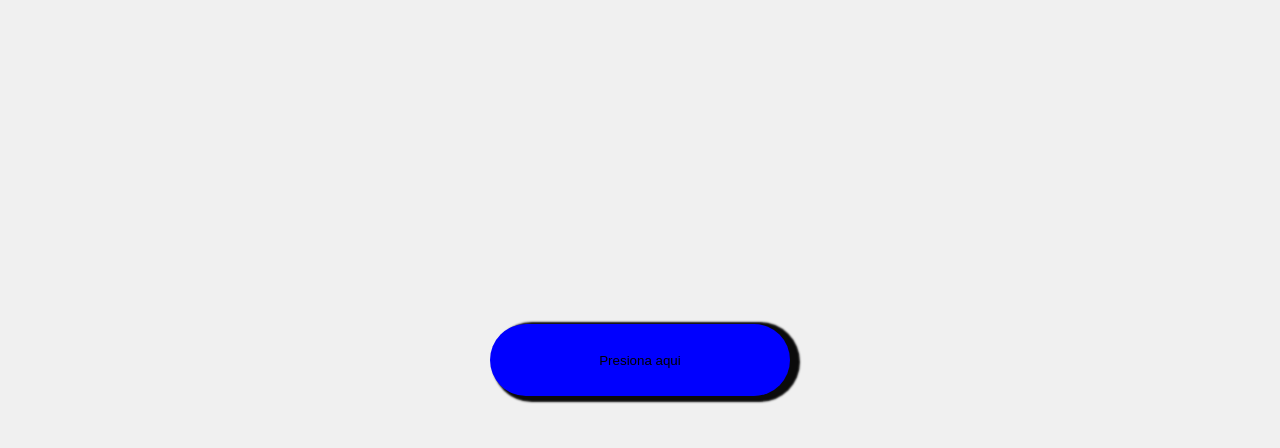
Repository: ye909/secreto
Page: inicio.html
An editor plug-in stored every save of this project. The page is shown before and after the next save, followed by the edit.
The browser window is 1280 px wide. The pictures show the whole page.
The pointer rests on the first visible `#btn`.

Above is the page before, as saved 2025-02-20 21:33:58.

After the next save:
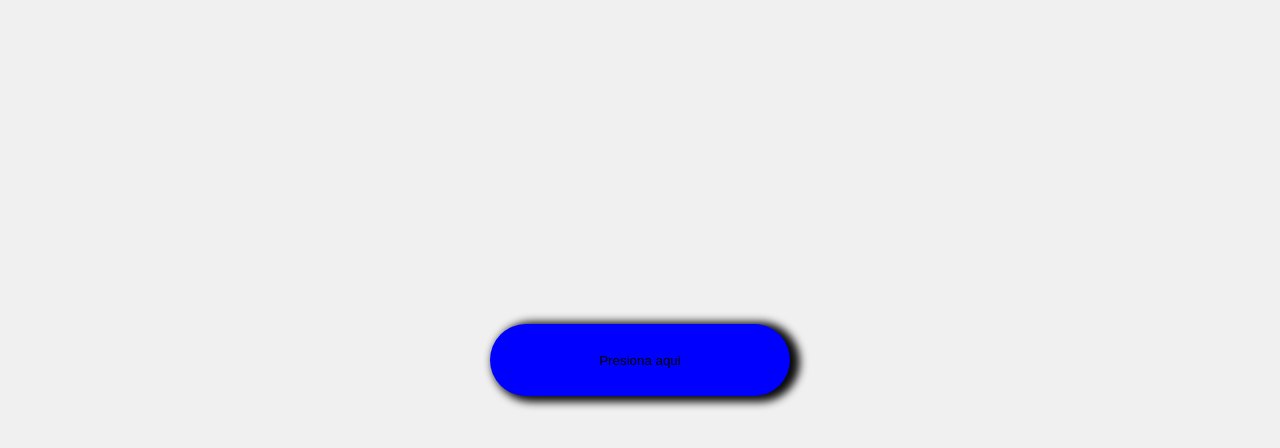
Saved 11 s later.
--- a/inicio.css
+++ b/inicio.css
@@ -36,6 +36,6 @@ body, html {
 }
 #btn:hover{
     background: blue;
-    box-shadow: rgb(11, 11, 11) 6px 2px 2px 4px ;
+    box-shadow: rgb(11, 11, 11) 6px 2px 9px 4px ;
 
 }
